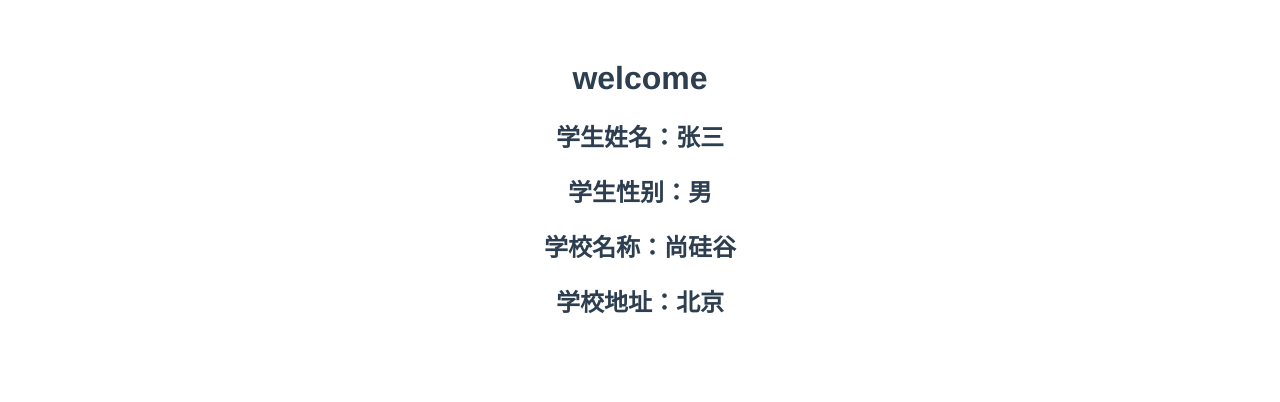
Repository: 319226862/wyy
Page: / (app in test/)
The author's editor kept a copy of each file at every save. The page is drawn from the files as they stood at one save, then again after the next save.
The browser window is 1280 px wide. The pictures show the whole page.
The project was rebuilt for these pictures with package versions that can differ from the ones it lists, and the page was loaded fresh each time. Also part of the build but not shown: test/vue.config.js.

Above is the page before, as saved 2023-06-25 15:56:21.

After the next save:
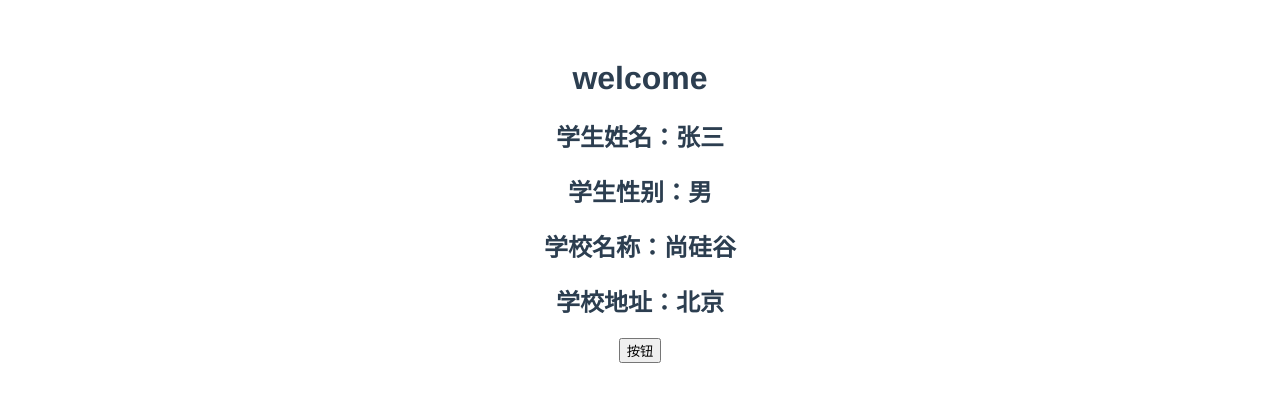
Saved 72 s later.
--- a/test/src/components/Student.vue
+++ b/test/src/components/Student.vue
@@ -2,6 +2,7 @@
     <div class="student">
         <h2>学校名称：{{ name }}</h2>
         <h2>学校地址：{{ address }}</h2>
+        <button @click="sendMsg">按钮</button>
     </div>
 </template>
 
@@ -15,7 +16,9 @@ export default {
         }
     },
     methods:{
-
+        sendMsg(){
+            this.$emit('hello', 777)
+        }
     }
 }
 </script>
